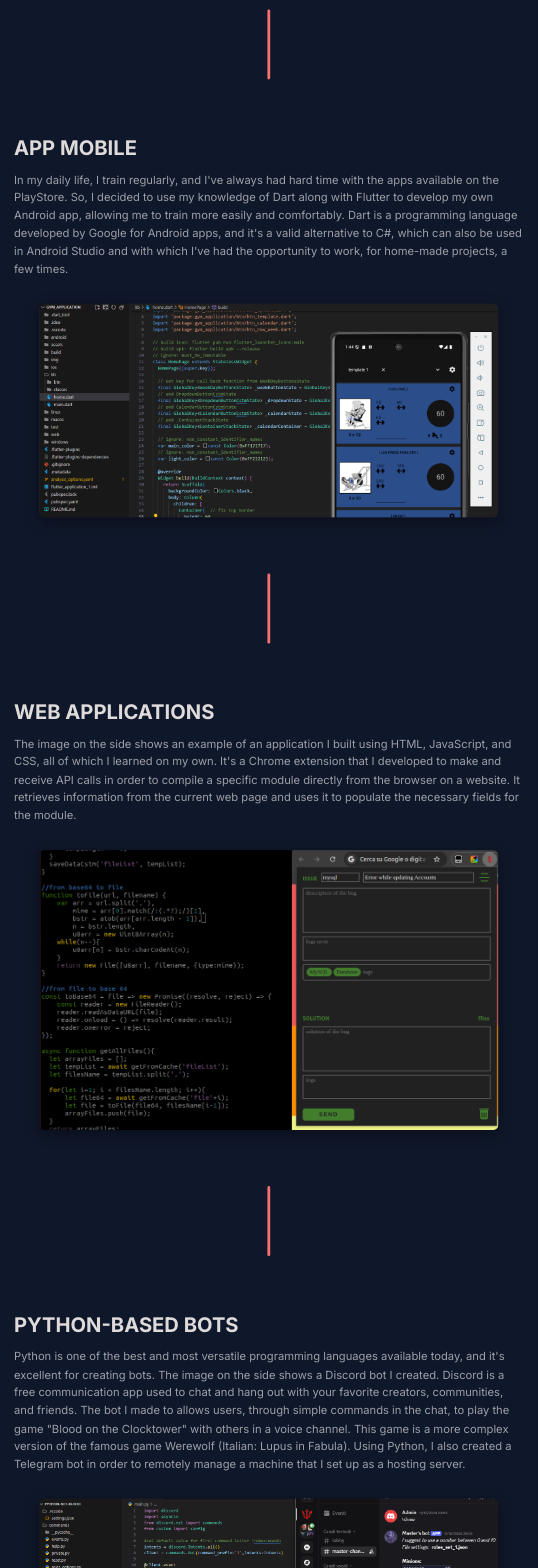
Repository: EnricoCalabrese/EnricoCalabrese.github.io
Page: index.html
These files come from the project's save history. The page is drawn as it stood at one moment and after a run of saves; the edit follows.
The browser window is 768 px wide. The pictures show the part of the page from y = 1798 to 4038 px (the page is 6119 px tall before and 7863 px after), at 70% of full size.

Above is the page before, as saved 2025-07-26 09:39:51.

After the next 2 saves:
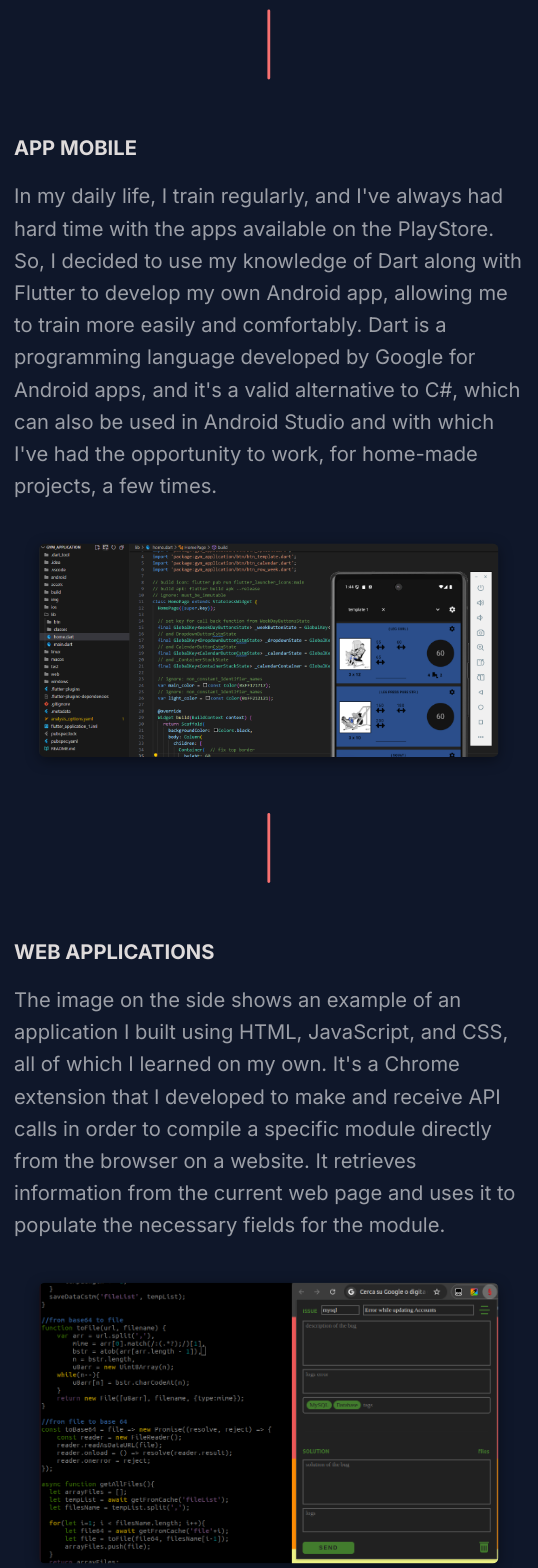
The 2 saves are shown as one change because they came seconds apart.
The last was saved 12 s later.
--- a/index.html
+++ b/index.html
@@ -470,7 +470,7 @@
         transition: color 0.3s ease;
       }
 
-      .project-description h3 {
+      .project-description {
         font-size: var(--font-lg);
         color: var(--color-white);
         margin: 0 0 var(--space-xs);

After the save that followed:
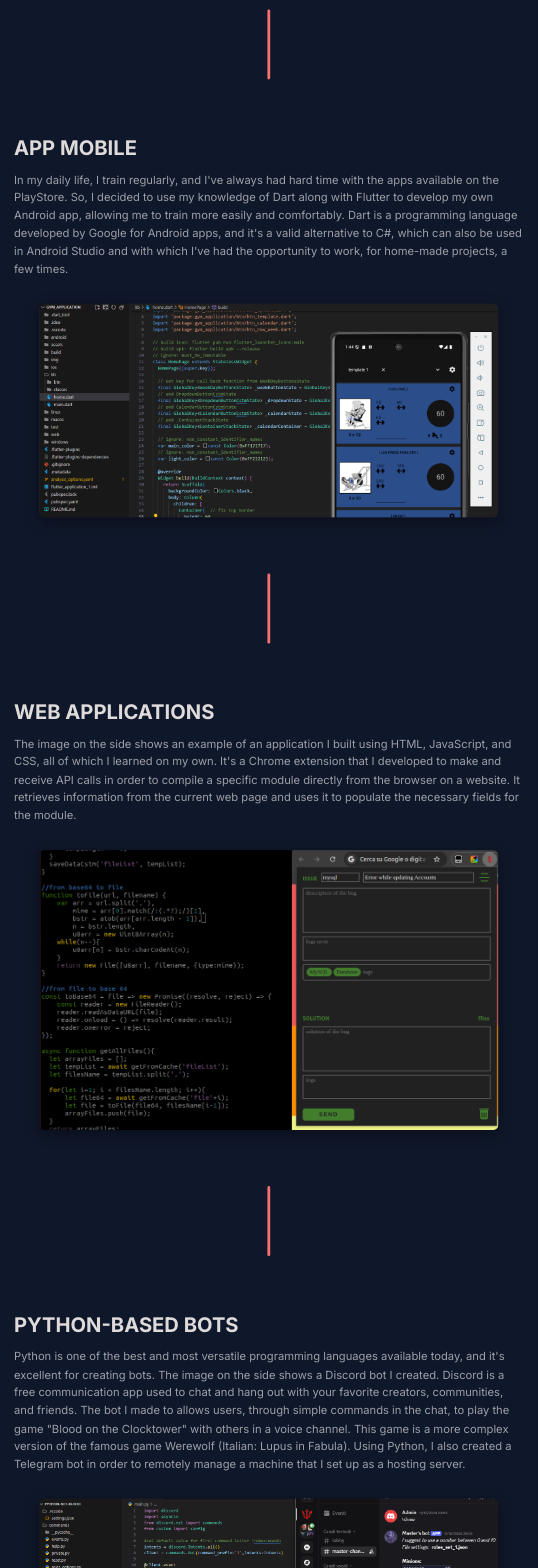
Saved 7 s later.
--- a/index.html
+++ b/index.html
@@ -470,7 +470,7 @@
         transition: color 0.3s ease;
       }
 
-      .project-description {
+      .project-description h3 {
         font-size: var(--font-lg);
         color: var(--color-white);
         margin: 0 0 var(--space-xs);
